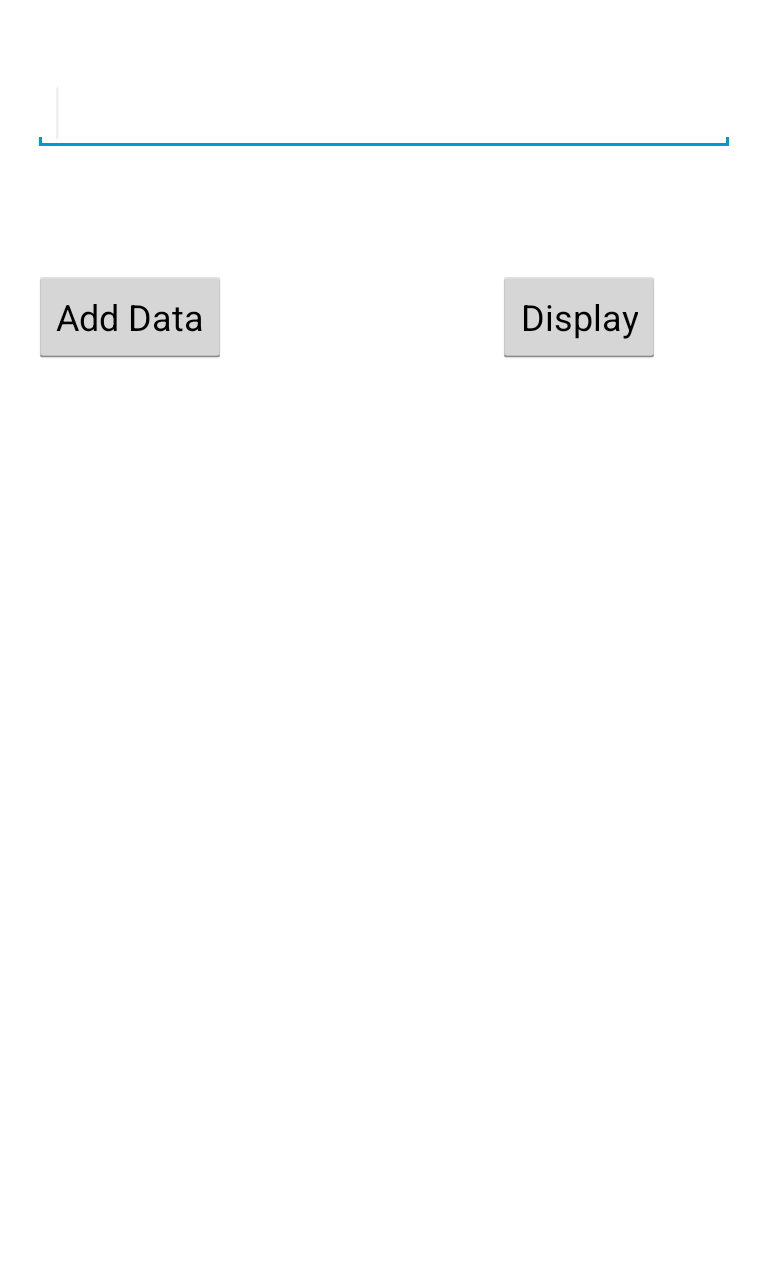
Repository: MadhuHS/JECM3
Layout: SqliteDemo/res/layout/activity_main.xml
An editor plug-in stored every save of this project. The layout is shown before and after the next save, followed by the edit.
It is drawn on a 768 x 1280 px phone screen (xhdpi) without system bars, with theme AppTheme; the app's code is not run.

Above is the layout before, as saved 2015-12-21 04:32:11.

After the next save:
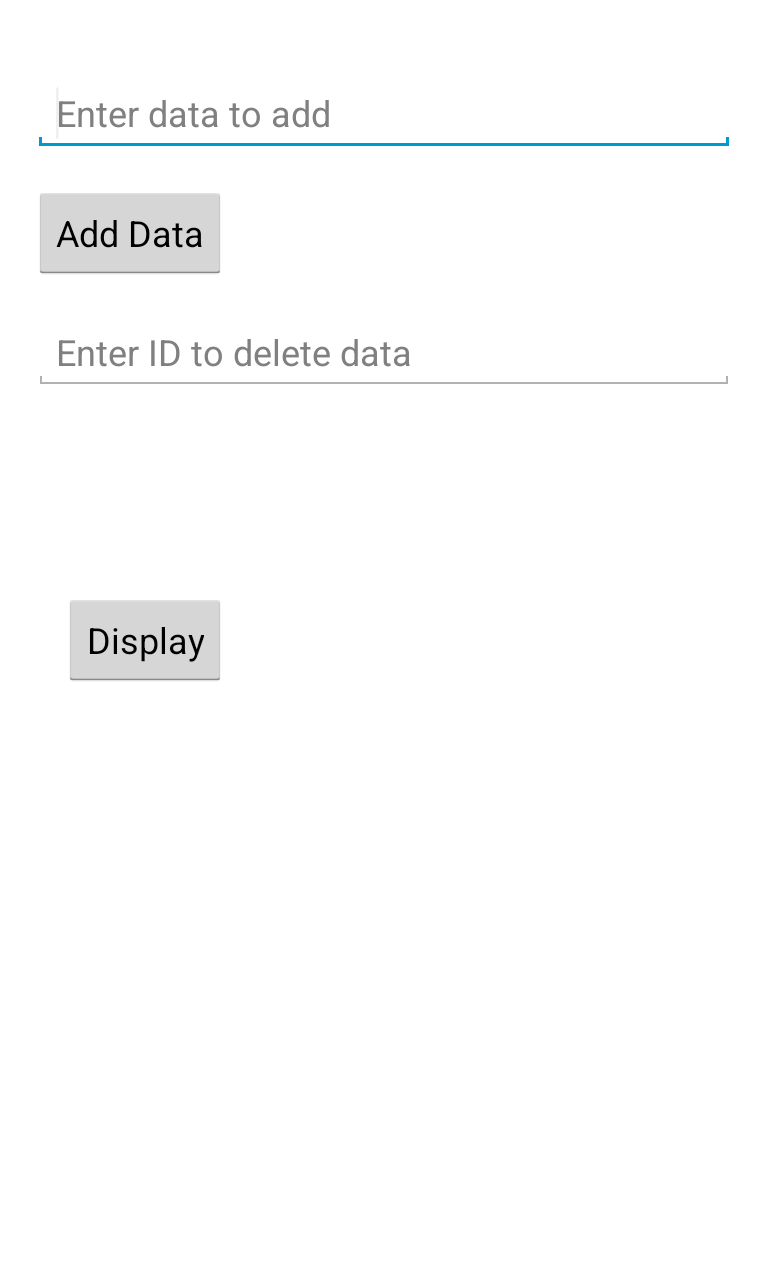
Saved 62 s later.
--- a/SqliteDemo/res/layout/activity_main.xml
+++ b/SqliteDemo/res/layout/activity_main.xml
@@ -8,27 +8,6 @@
     android:paddingTop="@dimen/activity_vertical_margin"
     tools:context=".MainActivity" >
 
-    <Button
-        android:id="@+id/buttonadd"
-        android:layout_width="wrap_content"
-        android:layout_height="wrap_content"
-        android:layout_alignLeft="@+id/editText1"
-        android:layout_below="@+id/editText1"
-        android:layout_marginTop="58dp"
-        android:onClick="addData"
-        android:text="Add Data" />
-
-    <Button
-        android:id="@+id/buttondisplay"
-        android:layout_width="wrap_content"
-        android:layout_height="wrap_content"
-        android:layout_alignBaseline="@+id/buttonadd"
-        android:layout_alignBottom="@+id/buttonadd"
-        android:layout_alignParentRight="true"
-        android:layout_marginRight="37dp"
-        android:onClick="displayData"
-        android:text="Display" />
-
     <EditText
         android:id="@+id/editText1"
         android:layout_width="wrap_content"
@@ -37,9 +16,40 @@
         android:layout_alignParentRight="true"
         android:layout_alignParentTop="true"
         android:layout_marginTop="21dp"
-        android:ems="10" >
+        android:ems="10"
+        android:hint="Enter data to add" >
 
         <requestFocus />
     </EditText>
 
+    <Button
+        android:id="@+id/buttonadd"
+        android:layout_width="wrap_content"
+        android:layout_height="wrap_content"
+        android:layout_alignLeft="@+id/editText1"
+        android:layout_below="@+id/editText1"
+        android:layout_marginTop="16dp"
+        android:onClick="addData"
+        android:text="Add Data" />
+
+    <Button
+        android:id="@+id/buttondisplay"
+        android:layout_width="wrap_content"
+        android:layout_height="wrap_content"
+        android:layout_alignRight="@+id/buttonadd"
+        android:layout_centerVertical="true"
+        android:onClick="displayData"
+        android:text="Display" />
+
+    <EditText
+        android:id="@+id/editText2"
+        android:layout_width="wrap_content"
+        android:layout_height="wrap_content"
+        android:layout_alignLeft="@+id/buttonadd"
+        android:layout_alignRight="@+id/editText1"
+        android:layout_below="@+id/buttonadd"
+        android:layout_marginTop="16dp"
+        android:ems="10"
+        android:hint="Enter ID to delete data" />
+
 </RelativeLayout>
